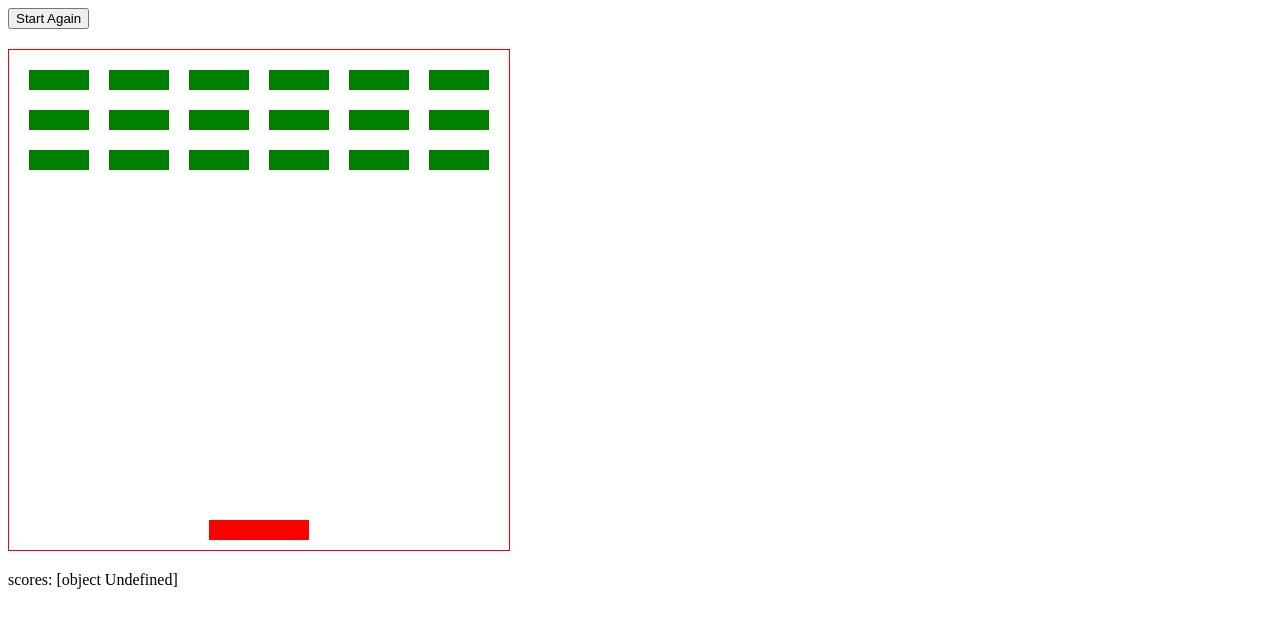
Repository: huynhsang96/CaseJS
Page: Demo_case/index.html
The author's editor kept a copy of each file at every save. The page is drawn from the files as they stood at one save, then again after the next save.
The browser window is 1280 px wide. The pictures show the whole page.

Above is the page before, as saved 2022-02-20 12:12:27.

### Demo_case/index.html
<!DOCTYPE html>
<html lang="en">
<head>
    <meta charset="UTF-8">
    <meta http-equiv="X-UA-Compatible" content="IE=edge">
    <meta name="viewport" content="width=device-width, initial-scale=1.0">
    <title>Document</title>
    <style>

        canvas{
            margin-top: 20px;

        }
    </style>
</head>
<body>
    <div class="btn">
        <button class="btn-start">Start Again</button>
    </div>
    <div class="container">
        <div class="container-canvas">
            <canvas id="myCanvas" width="500" height="500" style="border:1px solid red;">
        </div>
        <p>scores: <span class="scores">0</span></p>
    </div>


    <script src="./ball.js"></script>
    <script src="./bar.js"></script>
    <script src="./brick.js"></script>
    <script src="./main.js"></script>

    <script>

    </script>
</body>
</html>

### Demo_case/ball.js
class Ball{
    constructor(x, y, radius, color){
        this.x = x;
        this.y = y;
        this.radius = radius;
        this.color = color;
        this.speedX = 2;
        this.speedY = 3;
        this.canvas = document.getElementById("myCanvas");
        this.ctx = this.canvas.getContext('2d');
        this.isGameOver = false;
    }

    draw(){
        this.ctx.beginPath();
        this.ctx.arc(this.x, this.y, this.radius, 0, Math.PI * 2);
        this.ctx.fillStyle = this.color;
        this.ctx.fill();
        this.ctx.closePath();
    }

    updateBall(){
        this.x += this.speedX;
        this.y += this.speedY;
    }

    ballColiision(){
        if(this.x + this.radius > this.canvas.width || this.x < this.radius){
            this.speedX = -this.speedX;
        }
        if(this.y < this.radius){
            this.speedY = -this.speedY
        }
    }

    checkGame(){
        if(this.y + this.radius > this.canvas.height){
            this.isGameOver = true;
        }
    }

    move(){
        this.ctx.clearRect(0,0,this.canvas.width,this.canvas.height); // xóa canvas
        this.draw();
    }
}

### Demo_case/bar.js
class Bar{
    constructor(width, height, color){
        this.width = width;
        this.height = height;
        this.x = 200;
        this.y = 470;
        this.color = color;
        this.speed = 5;
        this.isMovingLeft = false;
        this.isMovingRight = false;
        this.canvas = document.getElementById("myCanvas");
        this.ctx = this.canvas.getContext('2d');
    }

    drawBar(){
        this.ctx.beginPath();
        this.ctx.rect(this.x, this.y, this.width, this.height);
        this.ctx.fillStyle = this.color;
        this.ctx.fill();
        this.ctx.closePath();
    }


    moveBar(){
        if(this.isMovingLeft && this.x > 0){
            this.x -= this.speed;
        }
        if(this.isMovingRight && this.x < this.canvas.width - this.width){
                this.x += this.speed;
            }
        }
}

### Demo_case/brick.js
class  Brick{
    constructor(){
        this.offsetX = 20;
        this.offsetY = 20;
        this.margin = 20;
        this.width = 60;
        this.height = 20;
        this.totalRow = 3;
        this.totalColum = 6;
        this.brickList = []
        this.isEndGame = false;
        this.canvas = document.getElementById("myCanvas");
        this.ctx = this.canvas.getContext('2d');
    }


    drawBrick(){
        this.brickList.forEach(element => {
            if(!element.isbroken){
                this.ctx.beginPath();
                this.ctx.rect(
                    element.x,
                    element.y,
                    this.width,
                    this.height,
                );
                this.ctx.fillStyle = "green";
                this.ctx.fill();
                this.ctx.closePath();
            }
        })
    }

    checkEndGame(){
        this.isEndGame = this.brickList.every(element =>{
            return element.isbroken == true;
        })
    }
}

### Demo_case/main.js
let ball = new Ball(250,150,10,"blue");
let bar = new Bar(100,20,"red");
let bricks = new Brick();


// --------------------------Event Keyboard---------------------

document.addEventListener("keydown",function(e){
    if(e.keyCode === 37){
        bar.isMovingLeft = true;
    }
    if(e.keyCode === 39){
        bar.isMovingRight = true;
    }
})


document.addEventListener("keyup",function(e){
    if(e.keyCode === 37){
        bar.isMovingLeft = false;
    }
    if(e.keyCode === 39){
        bar.isMovingRight = false;
    }
})

// ----------------------------Bar----------------------------

function barCollision(){
    if(ball.x + ball.radius >= bar.x &&
        ball.y + ball.radius >= bar.y &&
        ball.x + ball.radius <= bar.x + bar.width){

        ball.speedY = -ball.speedY;
    }
}

// ----------------------------Bricks------------------------

// Tạo danh sách Bricks
for(let i = 0; i < bricks.totalColum; i++){
    for(let j = 0; j < bricks.totalRow; j++){
        bricks.brickList.push({
            x: bricks.offsetX + i * (bricks.width + bricks.margin),
            y: bricks.offsetY + j * (bricks.height + bricks.margin),
            isbroken: false,
        })
    }
}

// xử lý va chạm
let score = 0;
function BricksCollision(){
    bricks.brickList.forEach(function(element){
        if(!element.isbroken){
            if(ball.x >= element.x &&
                ball.x <= element.x + bricks.width &&
                ball.y + ball.radius >= element.y &&
                ball.y - ball.radius <= element.y + bricks.height){
                ball.speedY = -ball.speedY;
                element.isbroken = true;
                score += 1;
                console.log(score)
            }
        }
    })
}

function play(){
    ball.checkGame();
    bricks.checkEndGame();

    // if(!ball.isGameOver && !bricks.isEndGame){
        ball.move();
        ball.updateBall();
        ball.ballColiision();

        bar.drawBar();
        bar.moveBar();
        barCollision();

        bricks.drawBrick();
        BricksCollision();

        requestAnimationFrame(play); // Giống đệ quy
    // }else{
        // alert("End Game!");
    // }
}

play()




let scoreball = document.querySelector(".scores");
scoreball.textContent = toString(score)
console.log(scoreball)

After the next save:
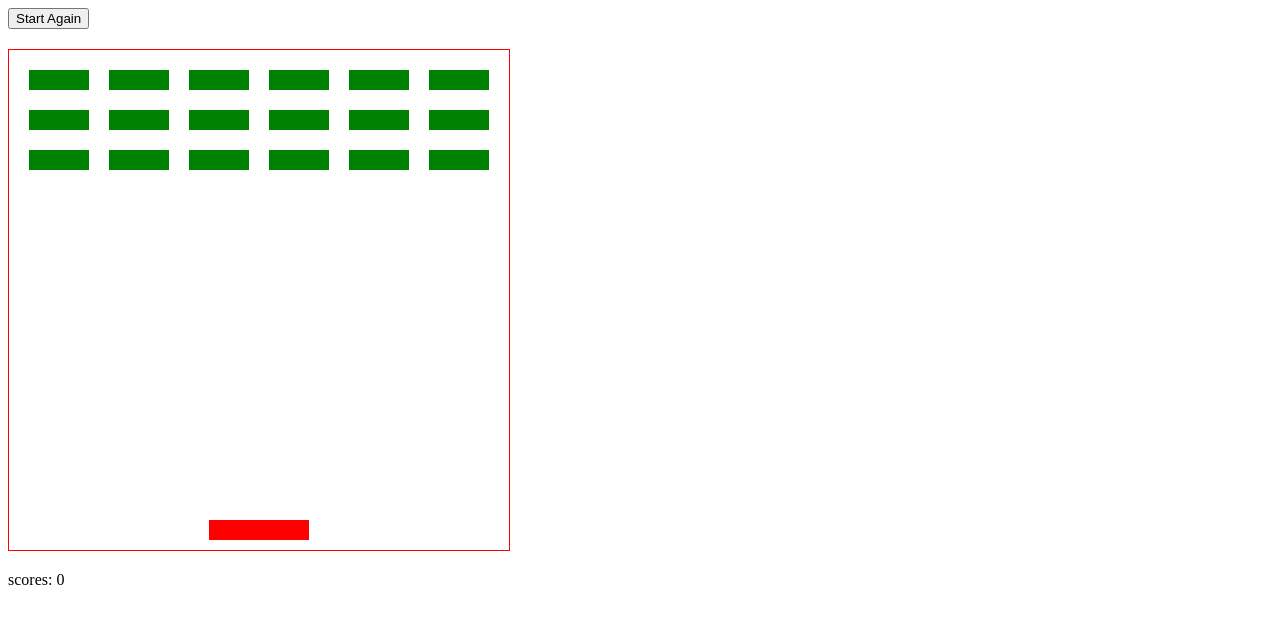
Saved 56 s later.
--- a/Demo_case/main.js
+++ b/Demo_case/main.js
@@ -94,5 +94,5 @@ play()
 
 
 let scoreball = document.querySelector(".scores");
-scoreball.textContent = toString(score)
+scoreball.textContent = `${score}`
 console.log(scoreball)
